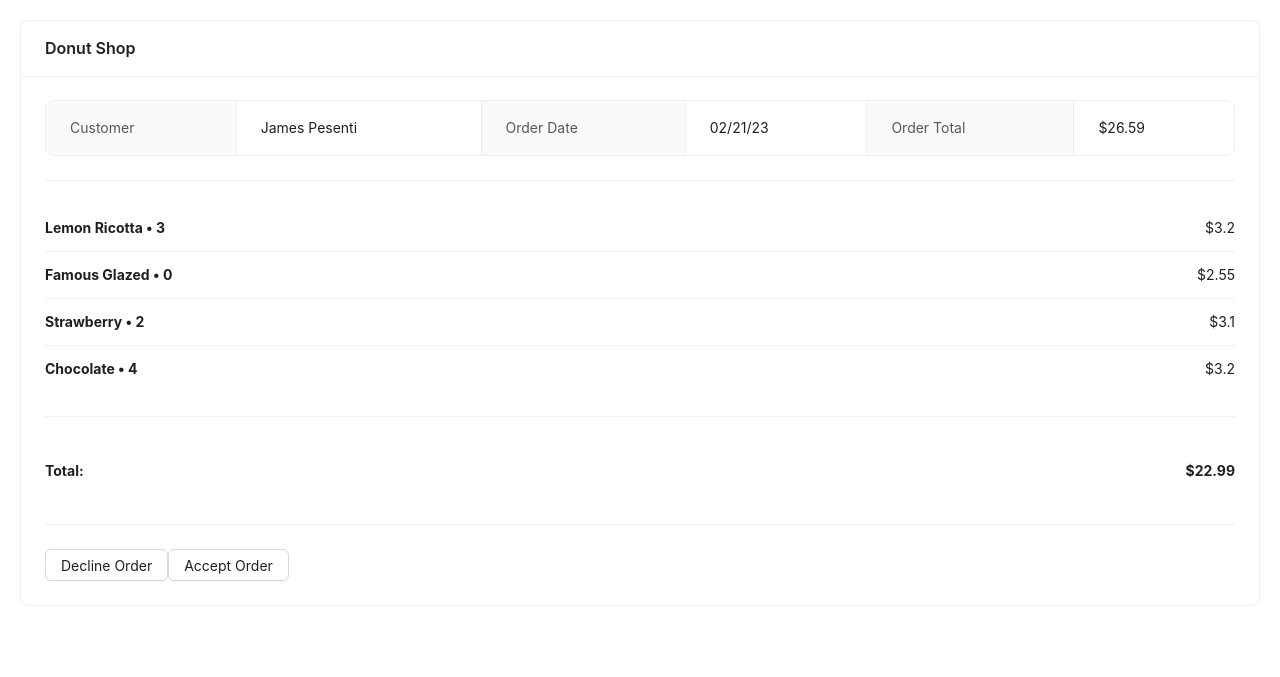
Repository: JamesPesenti/DonutShopDashboard
Page: /
An editor plug-in stored every save of this project. The page is shown before and after the next save, followed by the edit.
The browser window is 1280 px wide. The pictures show the whole page.
The project was rebuilt for these pictures with package versions that can differ from the ones it lists, and the page was loaded fresh each time.

Above is the page before, as saved 2023-03-22 14:27:52.

### src/App.js
import { Card, Descriptions, Divider, List, Button } from "antd"
import donuts from "../src/data/donuts"

function App() {
  return (
    <>
      <Card style={{ margin: 20 }} title={"Donut Shop"}>
        <Descriptions bordered column={{lg: 1, md: 1, sm: 1}}>
          <Descriptions.Item label="Customer">
            James Pesenti
          </Descriptions.Item>
          <Descriptions.Item label="Order Date">
            02/21/23
          </Descriptions.Item>
          <Descriptions.Item label="Order Total">
            $26.59
          </Descriptions.Item>
        </Descriptions>
        <Divider />
        <List
          dataSource={donuts}
          renderItem={(donutItem) => (
            <List.Item>
              <div style={{fontWeight: "bold"}}>{donutItem.flavor}   &#8226; {donutItem.quantity}</div>
              <div>${donutItem.price}</div>
            </List.Item>
          )}
        />
        <Divider />
        <div style={styles.totalContainer}>
          <h4>Total:</h4>
          <h4 style={styles.price}>$22.99</h4>
        </div>
        <Divider />
        <div style={styles.buttonsContainer}>
          <Button>
            Decline Order
          </Button>
          <Button>
            Accept Order
          </Button>
        </div>
      </Card>
    </>
  );
}

const styles = {
  totalContainer: {
    display: "flex",
    flexDirection: "row",
  },
  price: {
    marginLeft: "auto",
  },
  buttonsContainer: {

  }
}

export default App;

### src/data/donuts.js
export default [
    {
        flavor: "Lemon Ricotta",
        image: "https://t3.ftcdn.net/jpg/04/90/71/94/240_F_490719448_y4LhTnor5VL2gk9DYhwIw3ZRcZQ1beeD.jpg",
        price: 3.20,
        avgRating: 4.8,
        calories: 190,
        quantity: 3,
        descriptiion: "Made with fresh ricotta and lemon zest",
    },
    {
        flavor: "Famous Glazed",
        image: "https://t3.ftcdn.net/jpg/00/70/16/96/240_F_70169698_gr2Xm6hqPIFLC2kAsjOVRATbBLVDZLn5.jpg",
        price: 2.55,
        avgRating: 4.7,
        calories: 242,
        quantity: 0,
        descriptiion: "Our famous, made fresh everyday glazed",
    },
    {
        flavor: "Strawberry",
        image: "https://t3.ftcdn.net/jpg/00/20/33/94/240_F_20339434_0DNEcWb7vTsrpw1g2tSHmrFc3Fh5G9C6.jpg",
        price: 3.10,
        avgRating: 4.6,
        calories: 189,
        quantity: 2,
        descriptiion: "Made with organic strawberries from florida",
    },
    {
        flavor: "Chocolate",
        image: "https://t3.ftcdn.net/jpg/02/54/64/44/240_F_254644452_0dCYufJiJP5Aw3LxX8x0hzlicqYsb5HR.jpg",
        price: 3.20,
        avgRating: 4.7,
        calories: 297,
        quantity: 4,
        descriptiion: "Tastes like a slice of chocolate cake!",
    },
]

Loaded but not shown: public/index.html (common file); src/index.js (common file); src/index.css (common file)

After the next save:
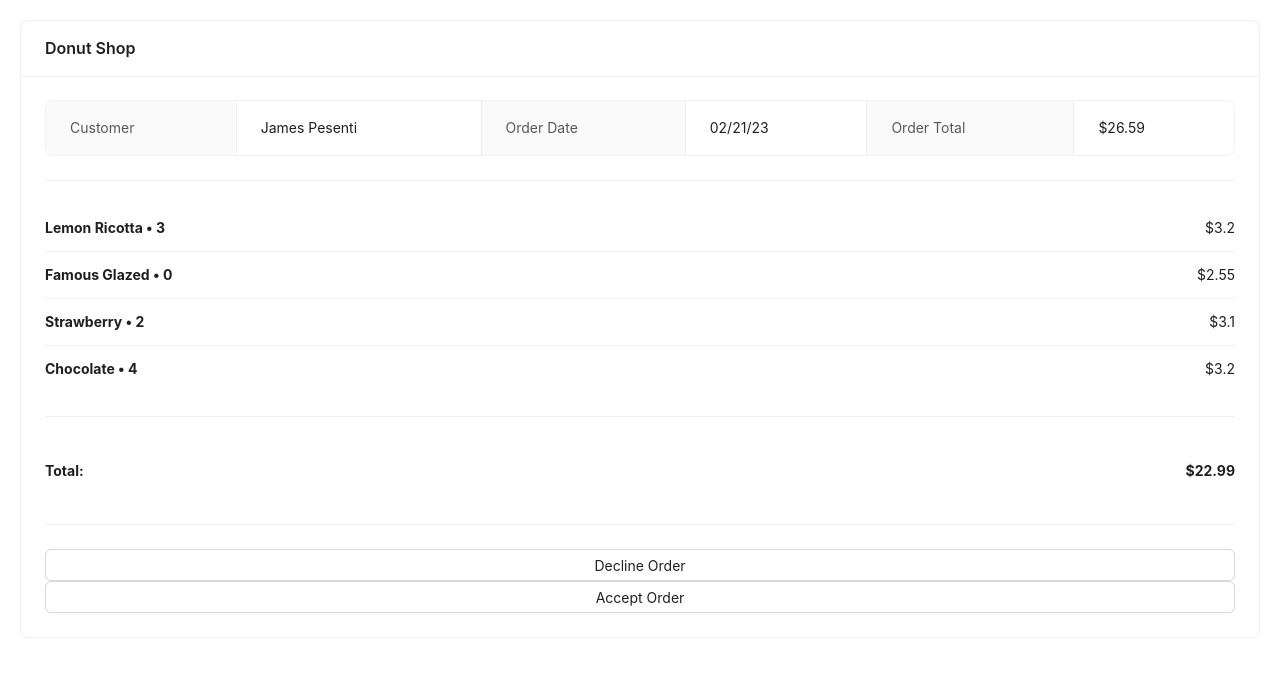
Saved 21 s later.
--- a/src/App.js
+++ b/src/App.js
@@ -33,10 +33,10 @@ function App() {
         </div>
         <Divider />
         <div style={styles.buttonsContainer}>
-          <Button>
+          <Button block>
             Decline Order
           </Button>
-          <Button>
+          <Button block>
             Accept Order
           </Button>
         </div>
